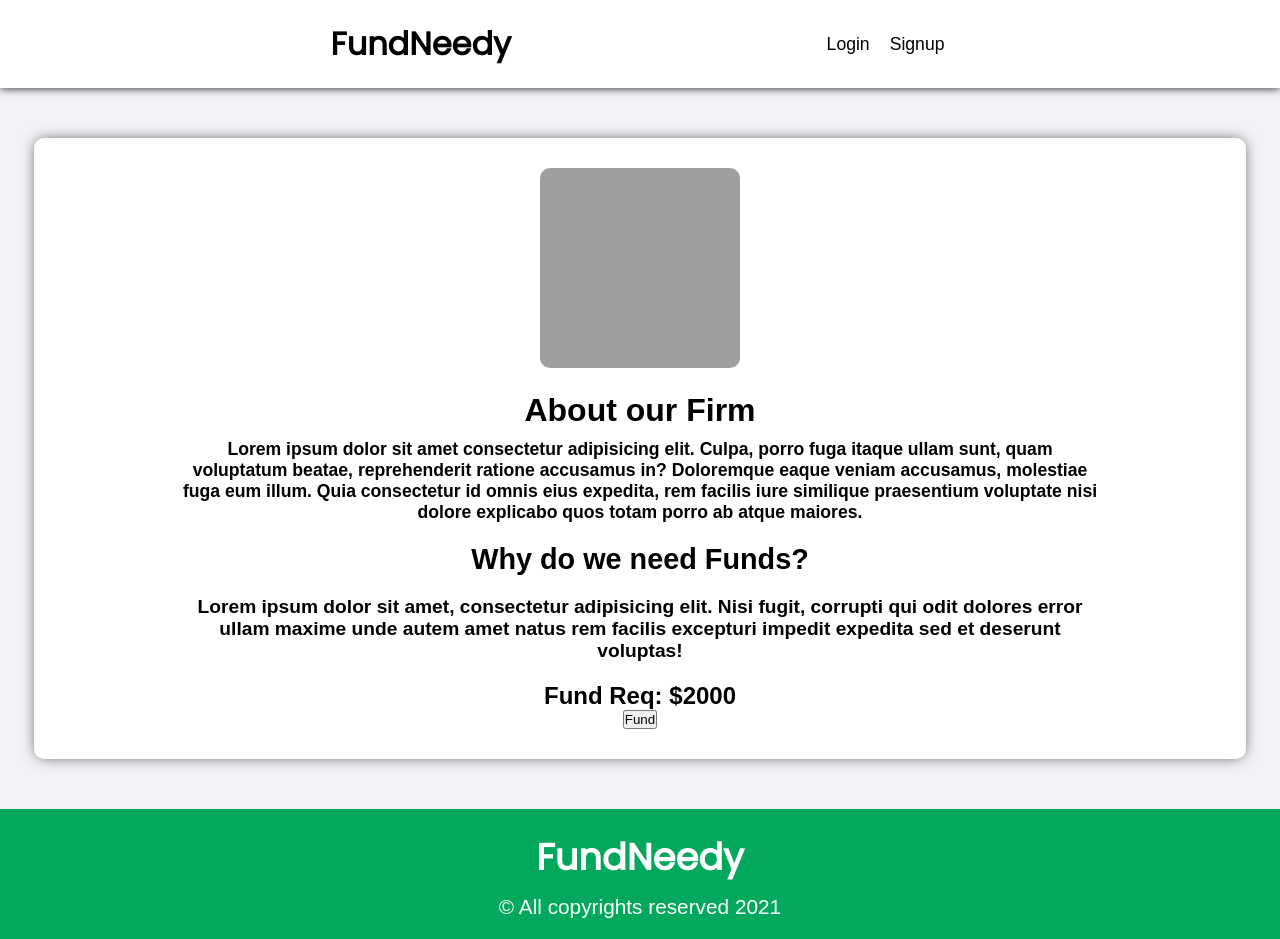
Repository: osdc/codejam
Page: /firmname (app in sassy-sandwiches/fund-needy/)
An editor plug-in stored every save of this project. The page is shown before and after the next save, followed by the edit.
The browser window is 1280 px wide. The pictures show the whole page.
Pictures or frames that could not be fetched are drawn as grey boxes. The project was rebuilt for these pictures with package versions that can differ from the ones it lists, and the page was loaded fresh each time. Also part of the build but not shown: sassy-sandwiches/fund-needy/src/Showcase.css, sassy-sandwiches/fund-needy/src/Showcase.js, sassy-sandwiches/fund-needy/src/Needies.css, sassy-sandwiches/fund-needy/src/Needy.css, sassy-sandwiches/fund-needy/src/Needy.js, sassy-sandwiches/fund-needy/src/Needies.js.

Above is the page before, as saved 2021-01-09 22:22:20.

### sassy-sandwiches/fund-needy/public/index.html
<!DOCTYPE html>
<html lang="en">
  <head>
    <meta charset="utf-8" />
    <link rel="icon" href="%PUBLIC_URL%/favicon.ico" />
    <meta name="viewport" content="width=device-width, initial-scale=1" />
    <meta name="theme-color" content="#000000" />
    <meta
      name="description"
      content="Web site created using create-react-app"
    />
    <link rel="apple-touch-icon" href="%PUBLIC_URL%/logo192.png" />
    <link rel="manifest" href="%PUBLIC_URL%/manifest.json" />
    <title>FundNeedy</title>
  </head>
  <body>
    <noscript>You need to enable JavaScript to run this app.</noscript>
    <div id="root"></div>
  </body>
</html>

### sassy-sandwiches/fund-needy/src/App.js
import React from "react";
import "./App.css";
import Navbar from "./Navbar";
import Showcase from "./Showcase";
import Needies from "./Needies";
import Footer from "./Footer";
import { BrowserRouter as Router, Route, Switch } from "react-router-dom";
import FirmFund from "./FirmFund";

function App() {
  return (
    <div className="App">
      <Router>
        <Navbar />
        <Switch>
          <Route exact path="/" component={Showcase} />
          <Route path="/needies" component={Needies} />
          <Route path="/firmname" component={FirmFund} />
        </Switch>
        <Footer />
      </Router>
    </div>
  );
}

export default App;

### sassy-sandwiches/fund-needy/src/App.css
* {
  margin: 0;
  padding: 0;
  font-family: Arial, Helvetica, sans-serif;
}

body {
  background-color: #f3f2f8;
}

### sassy-sandwiches/fund-needy/src/Navbar.js
import React from "react";
import "./Navbar.css";

function Navbar() {
  return (
    <div className="navbar">
      <div className="navbar_logo">
        <h1>FundNeedy</h1>
      </div>
      <div className="navbar_login_signup">
        <button>Login</button>
        <button>Signup</button>
      </div>
    </div>
  );
}

export default Navbar;

### sassy-sandwiches/fund-needy/src/Footer.js
import React from "react";
import "./Footer.css";

function Footer() {
  return (
    <div className="footer">
      <h1>FundNeedy</h1>
      <p>© All copyrights reserved 2021</p>
    </div>
  );
}

export default Footer;

### sassy-sandwiches/fund-needy/src/FirmFund.js
import React from "react";
import "./FirmFund.css";

function FirmFund() {
  return (
    <div className="firmFund">
      <div className="firmFund_image">
        <img
          src="https://i.pinimg.com/originals/ba/fc/15/bafc1525cef9606c5c064694ca8e60fb.jpg"
          alt=""
        />
      </div>
      <div className="firmFund_about">
        <h2>About our Firm</h2>
        <p>
          Lorem ipsum dolor sit amet consectetur adipisicing elit. Culpa, porro
          fuga itaque ullam sunt, quam voluptatum beatae, reprehenderit ratione
          accusamus in? Doloremque eaque veniam accusamus, molestiae fuga eum
          illum. Quia consectetur id omnis eius expedita, rem facilis iure
          similique praesentium voluptate nisi dolore explicabo quos totam porro
          ab atque maiores.
        </p>
      </div>
      <div className="firmFund_need">
        <h2>Why do we need Funds?</h2>
        <p>
          Lorem ipsum dolor sit amet, consectetur adipisicing elit. Nisi fugit,
          corrupti qui odit dolores error ullam maxime unde autem amet natus rem
          facilis excepturi impedit expedita sed et deserunt voluptas!
        </p>
      </div>
      <div className="firmFund_fund">
        <h2>Fund Req: $2000</h2>
        <button>Fund</button>
      </div>
    </div>
  );
}

export default FirmFund;

### sassy-sandwiches/fund-needy/src/Navbar.css
@import url("https://fonts.googleapis.com/css2?family=Poppins&display=swap");

.navbar {
  display: flex;
  align-items: center;
  justify-content: space-evenly;
  padding: 20px;
  -webkit-box-shadow: 0px 1px 8px 0px rgba(0, 0, 0, 0.75);
  -moz-box-shadow: 0px 1px 8px 0px rgba(0, 0, 0, 0.75);
  box-shadow: 0px 1px 8px 0px rgba(0, 0, 0, 0.75);
  background-color: #fff;
  /* position: sticky; */
  top: 0;
  z-index: 10000;
}

.navbar_logo > h1 {
  font-family: "Poppins", sans-serif;
}

.navbar_login_signup {
  display: flex;
  align-items: center;
  justify-content: space-between;
}

.navbar_login_signup > button:nth-of-type(1) {
  margin-right: 10px;
}

.navbar_login_signup > button {
  padding: 5px;
  font-size: 1.1rem;
  outline: none;
  border: none;
  background-color: #fff;
  cursor: pointer;
  width: 100%;
}

### sassy-sandwiches/fund-needy/src/Footer.css
.footer {
  text-align: center;
  background-color: #02a95c;
  color: #fff;
  padding: 20px;
}

.footer > h1 {
  font-size: 2.3rem;
  font-family: "Poppins";
}

.footer > p {
  font-size: 1.3rem;
  font-weight: 400;
  margin-top: 10px;
}

### sassy-sandwiches/fund-needy/src/FirmFund.css
.firmFund {
  text-align: center;
  background-color: #fff;
  padding: 30px;
  width: 90%;
  margin: auto;
  margin-top: 50px;
  margin-bottom: 50px;
  border-radius: 10px;
  -webkit-box-shadow: 0px 0px 15px -3px rgba(0, 0, 0, 0.75);
  -moz-box-shadow: 0px 0px 15px -3px rgba(0, 0, 0, 0.75);
  box-shadow: 0px 0px 15px -3px rgba(0, 0, 0, 0.75);
}

.firmFund_image > img {
  height: 200px;
  width: 200px;
  border-radius: 10px;
}

.firmFund_about > h2 {
  font-size: 2rem;
  margin-top: 20px;
}

.firmFund_about > p {
  width: 80%;
  margin: auto;
  font-size: 1.1rem;
  font-weight: 600;
  margin-top: 10px;
  margin-bottom: 10px;
}

.firmFund_need > h2 {
  font-size: 1.8rem;
  margin-top: 20px;
}

.firmFund_need > p {
  width: 80%;
  margin: auto;
  margin-top: 20px;
  margin-bottom: 20px;
  font-size: 1.2rem;
  font-weight: 700;
}

Loaded but not shown: sassy-sandwiches/fund-needy/src/index.js (common file); sassy-sandwiches/fund-needy/src/index.css (common file)

After the next save:
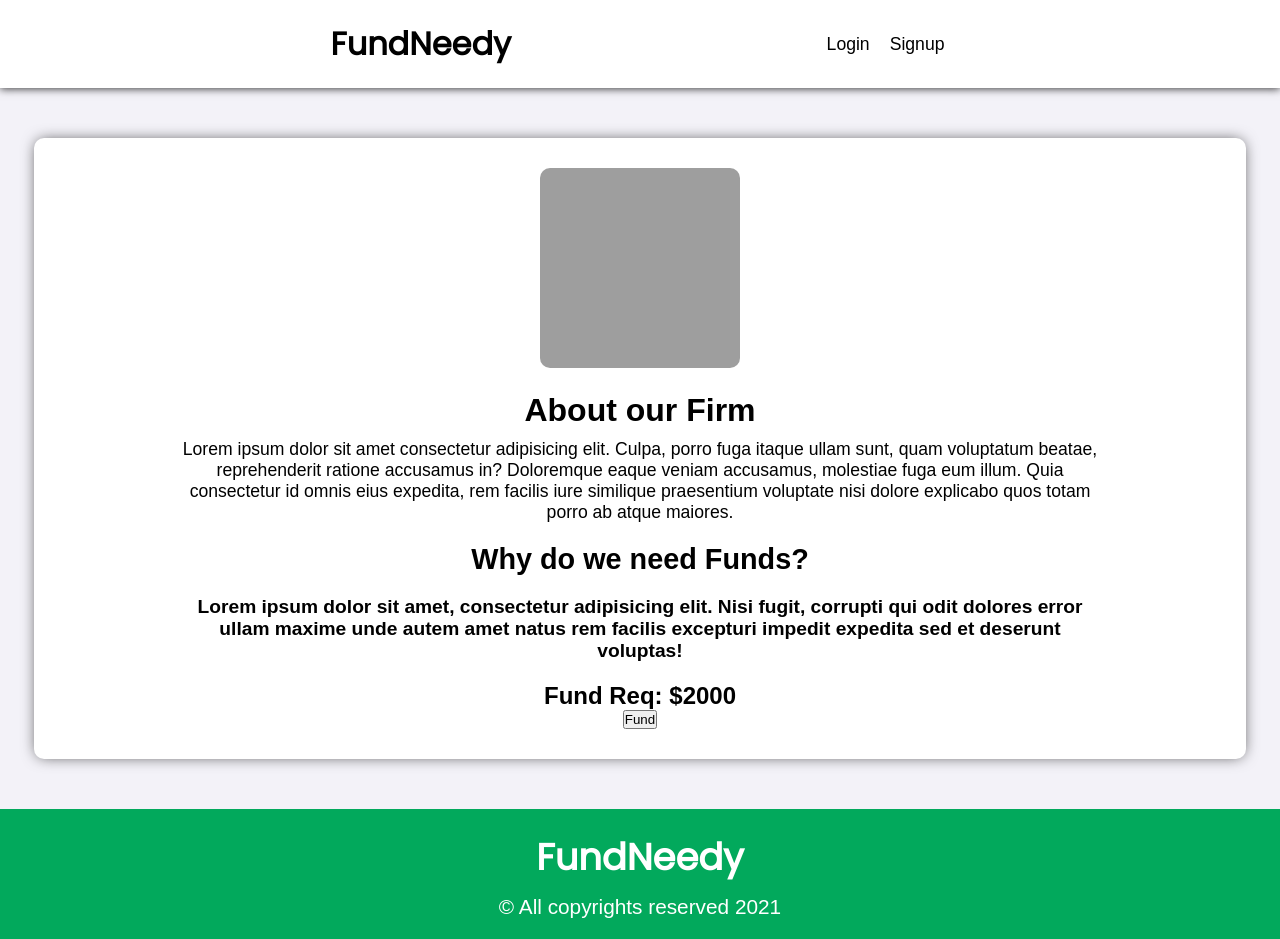
Saved 6 s later.
--- a/sassy-sandwiches/fund-needy/src/FirmFund.css
+++ b/sassy-sandwiches/fund-needy/src/FirmFund.css
@@ -27,7 +27,7 @@
   width: 80%;
   margin: auto;
   font-size: 1.1rem;
-  font-weight: 600;
+  font-weight: 500;
   margin-top: 10px;
   margin-bottom: 10px;
 }
